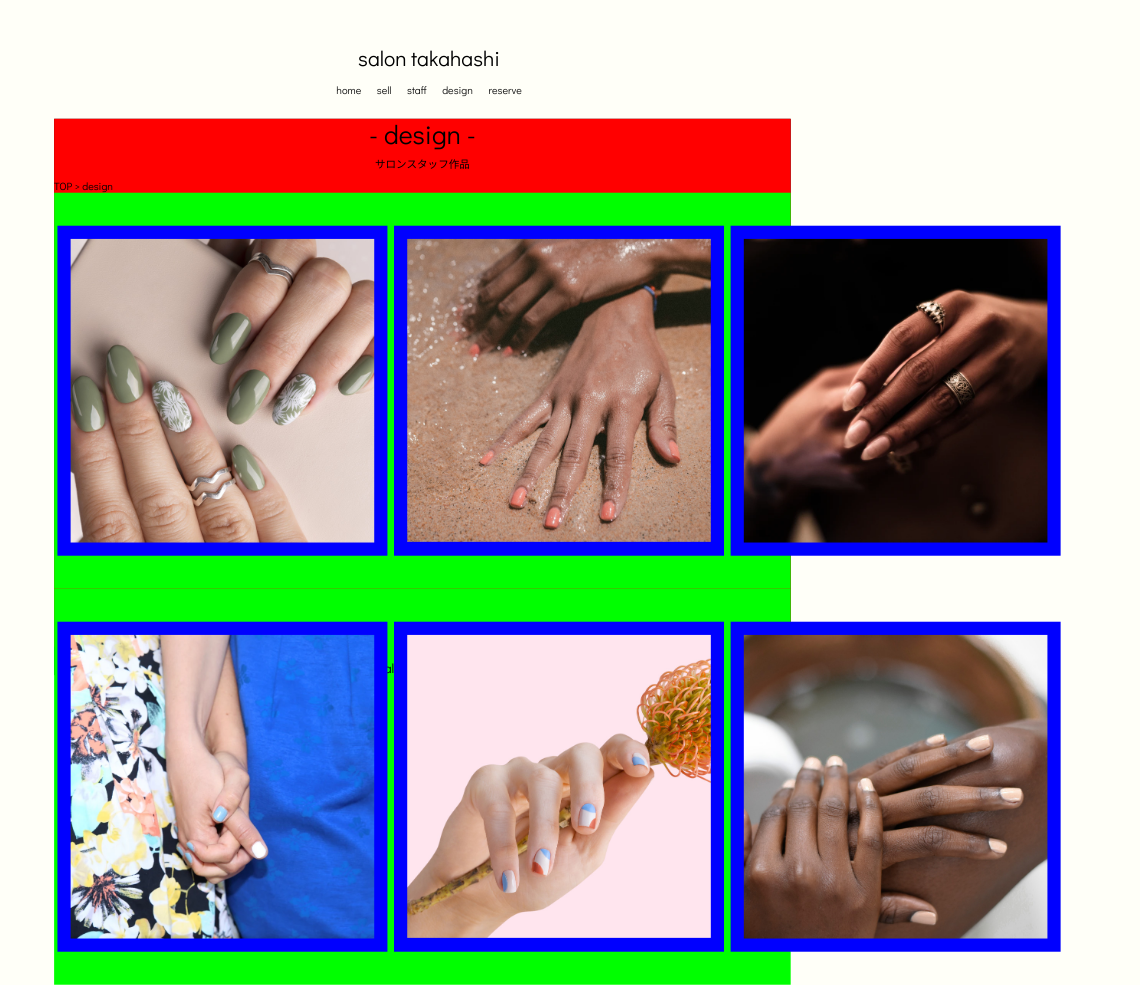
Repository: yukitakahashi1002/salontakahashi-
Page: design.html
These files come from the project's save history. The page is drawn as it stood at one moment and after the next save; the edit follows.
The browser window is 1280 px wide. The page is 1607 px wide, then 1727 px, then 1607 px, so the pictures cover 1727 px, including what lies to the right of the window. The pictures show the whole page, at 66% of full size.

Above is the page before, as saved 2023-08-12 01:58:27.

### design.html
<!DOCTYPE html>
<html>
<head>
    <title>Salon Takahashi - design サロンスタッフ作品 -</title>
    <meta charset="utf-8">
    <meta name="description" content="サロンタカハシのサロンスタッフ作品です">
    <meta name="viewport" content="width=device-width, initial-scale=1.0">
    <link rel="stylesheet" href='https://fonts.googleapis.com/css?family=Didact Gothic'>
    <link rel="stylesheet" href="css/normalize.css">
    <link rel="stylesheet" href="css/style.css">
</head>
<body>
    <!-- ヘッダー -->
    <header>
        <!-- サイトタイトル -->
        <h1>salon takahashi</h1>

        <!-- PC用ナビゲーション -->
        <nav id="nav-pc">
            <a href="/">home</a>
            <a href="sell.html">sell</a>
            <a href="staff.html">staff</a>
            <a href="design.html">design</a>
            <a href="reserve.html">reserve</a>
        </nav>
    </header>
    <main>
        <div class="container">
            <article>
                <!-- design -->
                <section id="design">
                    <div class="section-title">
                        <h2 class="index-h2">- design -</h2>
                        <p>サロンスタッフ作品</p>
                    </div>
                    <div>TOP > design</div>
                    <div id="design-flex">
                        <div class="cover-box">
                            <div class="image-box">
                                <img src="images/11062b_9df65b2e64bf4c59a4779a8c5343cb09~mv2.jpeg" alt="ナチュラルデザイン">
                            </div>
                            <div class="dark-cover">
                                <h3>ナチュラル</h3>
                            </div>
                        </div>
                        <div class="cover-box">
                            <div class="image-box">
                                <img src="images/11062b_0dade67ad0db4ad1a2b6c583999e92bd~mv2.jpg" alt="サマーネイルデザイン">
                            </div>
                            <div class="dark-cover">
                                <h3>サマーネイル</h3>
                            </div>
                        </div>
                        <div class="cover-box">
                            <div class="image-box">
                                <img src="images/11062b_5383a004ba374841aa02b84e27fb6b95~mv2.webp" alt="クラシックデザイン">
                            </div>
                            <div class="dark-cover">
                                <h3>クラシック</h3>
                            </div>
                        </div>
                    </div>
                    <div id="design-flex">
                        <div class="cover-box">
                            <div class="image-box">
                                <img src="images/2def25202e084cf0a39aa2a530291a8a.webp" alt="ポップデザイン">
                            </div>
                            <div class="dark-cover">
                                <h3>ポップ</h3>
                            </div>
                        </div>
                        <div class="cover-box">
                            <div class="image-box">
                                <img src="images/1a7f9b8037f3460ab6f1dd794ecc264a.jpg" alt="カラフルデザイン">
                            </div>
                            <div class="dark-cover">
                                <h3>カラフル</h3>
                            </div>
                        </div>
                        <div class="cover-box">
                            <div class="image-box">
                                <img src="images/11062b_bb28f763d86a4318a737d28d7846d319~mv2.jpg" alt="シンプルデザイン">
                            </div>
                            <div class="dark-cover">
                                <h3>シンプル</h3>
                            </div>
                        </div>
                    </div>
                </section>
            </article>
            <footer>
                <p>salon takahashi</p>
            </footer>
        </div>
    </main>
</body>
</html>

### css/style.css
@charset "utf-8";

/*
* *********************************
*　ページ全体に関わるのCSS設定
* *********************************
*/
html *,
::before,
::after {
    box-sizing: border-box;
}

html {
    font-size: 14px;
}
@media (min-width: 768px)  {
    html {
        font-size: 16px;
    }
}

body {
    font-family: 'Didact Gothic', sans-serif;
    background-color: #FFFFF8;
    height: 100vh;
    box-sizing: border-box;
    padding: 20px;
}

/* 標準的なリンクのテキストの色 */
a {
    color: #f30;
}



/*=============
PC用のスタイル
==============*/
/* 横幅設定 */
body {
    max-width: 1800px;
    min-width: 960px;
    margin: 0 auto 0 auto;
}

/* ヘッダー */
header {
    text-align: center;
    margin-top: 50px;
}
header > h1 {
    margin-left: 20px;
    font-weight: normal;
}

/* ナビゲーションのレイアウト */
#nav-pc > a:link {
    text-decoration: none;
    margin-left: 20px;
    color: #0d0d0d;
}

#nav-pc > a:visited {
    color: #0d0d0d;
}

#nav-pc > a:hover {
    color: #0d0d0d;
    text-decoration: underline;
}

#nav-pc > a:active {
    color: #0d0d0d;
}

/* メインビジュアル */
.container {
    margin: 0 auto;
    width: 90%;
    background-color: black;

}

#main-visual {
    text-align: center;
}

#main-message > h1 {
    font-size: 60px;
    margin: 100px auto 0 auto;
    font-weight: normal;
}
#main-message > p {
    font-size: 20px;
}

#main-visual > img {
    margin: 80px auto 0 auto;
}

/* 見出し */
.section-title {
    text-align: center;
}
.section-title > P {
    margin-top: -20px;
}


h2 {
    font-weight: normal;
    font-size: 40px;
}

h3 {
    font-size: 20px;
    line-height: 40px;
}

/* メニュー */
#menu {
    margin: 100px auto 80px auto;
    width: 100%;
}

/* メニューセクションのフレックス部分 */
#menu-flex {
    width: 100%;
    display: flex;
    justify-content: space-between;
}

#menu-flex > div {
    width: 50%;
    height: 600px;
    margin-top: 50px;
}

.menu-flex-left {
    display: flex;
    align-items: flex-start;
    position: relative;
    margin-right: 20px;
    margin-left: 20px;
}

.menu-flex-left > img {
    width: 100%;
}

.placebox-left {
    width: 30%;
    position: absolute;
    top: 25%;
    left: 50%;
    -ms-transform: translate(-50%, -50%);
    -webkit-transform: translate(-50%, -50%);
    transform: translate(-50%, -50%);
    margin: 0;
    padding: 0;
    background-color: #666666;
    opacity: 0.5;
    color: #FFFFFF;
    text-align: center;
    font-weight: bold;
}

/* 商品ページの商品コメント */
.sell-description-left {
    width: 80%;
    position: absolute;
    bottom: 0;
    left: 55%;
    -ms-transform: translate(-50%, -50%);
    -webkit-transform: translate(-50%, -50%);
    transform: translate(-50%, -50%);
    margin: 0;
    padding: 0;
    text-align: left;
}

/* スタッフセクションのフレックス部分 */
.staff-flex {
    text-align: center;
    margin: 3rem 0 0 0;
}

.menu-flex-right {
    display: flex;
    align-items: flex-end;
    position: relative;
    margin-right: 20px;
    margin-left: 20px;
}


.menu-flex-right > img {
    width: 100%;
}

.placebox-right {
    width: 30%;
    position: absolute;
    bottom: 10%;
    right: 20%;
    -ms-transform: translate(-50%, -50%);
    -webkit-transform: translate(-50%, -50%);
    transform: translate(-50%, -50%);
    margin: 0;
    padding: 0;
    background-color: #666666;
    opacity: 0.5;
    color: #FFFFFF;
    text-align: center;
    font-weight: bold;
}

/* 商品ページの商品コメント */
.sell-description-right {
    width: 80%;
    position: absolute;
    top: 5%;
    right: 23%;
    -ms-transform: translate(0, -50%);
    -webkit-transform: translate(0, -50%);
    transform: translate(0, -50%);
    margin: 0;
    padding: 0;
    text-align: left;
}

/* デザインセクションのフレックス部分 */
#design-flex {
    display: flex;
    justify-content: space-between;
    background-color: lime;
}

/* デザイン画像 */
.cover-box {
    position: relative;
    margin: 50px 5px;
    transition: transform 0.3s ease;
    background-color: blue;
}

.image-box > img {
    width: 500px;
    height: auto;
    padding: 20px;
    vertical-align: bottom;
}

.dark-cover > h3 {
    opacity: 0;
    position: absolute;
    top: 10px;
    left: 30px;
}

.dark-cover:hover > h3 {
    color: #FFFFFF;
    opacity: 1;
}

/* デザイン画像のホバー時 */
.dark-cover {
    position: absolute;
    top: 0;
    left: 0;
    right: 0;
    bottom: 0;
    z-index: 1;
    opacity: .3;
    transition:  background-color 0.3s ease;
    margin: 20px;
}
.dark-cover:hover {
    background-color: black;
}

.menu-foot {
    text-align: left;
    width: 60%;
    margin: 0 0 0 30%;
}

.menu-foot p {
    margin: 5px 0 5px 0;
    font-size: 16px;
}

#reserve, #design {
    height:800px;
    background-color: red;
}


/* reserveセクションのフレックス部分 */
#reserve-flex {
    display: flex;
    justify-content: center;
    padding: 10px;
    margin: 0 0 100px 0;
}

#reserve-flex > div > img {
    width: 100%;
}

.reserve-item {
    margin: 0 0 0 20px;
}

.reserve-item > p {
    line-height: 30px;
    margin: 30px 0 30px 0;
}

#reserve-flex > div {
    border: 1px solid #E9E9E0;
    margin: 15px;
    padding: 0 0 15px 0;
}

hr {
    border-top: 1px solid #E9E9E0;
    width: 90%;
    margin: 0 0 -15px 0;
}

button {
    background: #816E7C;
    border-radius: 0;
    border: none;
    padding: 10px 20px;
    text-align: center;
    color: #FFF;
}
button:hover {
    background: #A799A0;
}

/* インフォメーション */
#information {
    margin: 100px auto 80px auto;
    width: 100%;
}

/* 表部分 */
/* height: 330px;効かない */
table {
    border-collapse:collapse;
    border-spacing: 0;
    height: 330px;
}

/* .information-table > td だと効かない */
.infomertion-left {
    width: 50%;
    height: 200px;
    background-color: #F2F2F2;
    text-align: center;
    vertical-align: center;
    line-height: 40px;
}

.infomertion-right {
    width: 50%;
    /* height: 200px; */
}

strong {
    font-size: 30px;
}

footer {
    width: 100%;
    margin: 0 auto;
    text-align: center;
}

footer p {
    font-size: 20px;
}

/* 予約フォーム */
#reserve-form {
    margin: 80px auto 80px auto;
}

/* 外枠 */
#reserve-form > form > div {
    display: flex;
    flex-direction: row;
    flex-wrap: wrap;
    padding-bottom: 30px;
}

/* 左列の見出し */
.form-heading {
    width: 240px;
    align-self: center;
}

/* 見出しのラベル */
.form-label {
    font-weight: bold;
}

/* 必須 */
.form-span {
    color: #ce2222;
    margin: 0 0 0 20px;
    font-weight: bold;
}

Loaded but not shown: css/normalize.css (library)

After the next save:
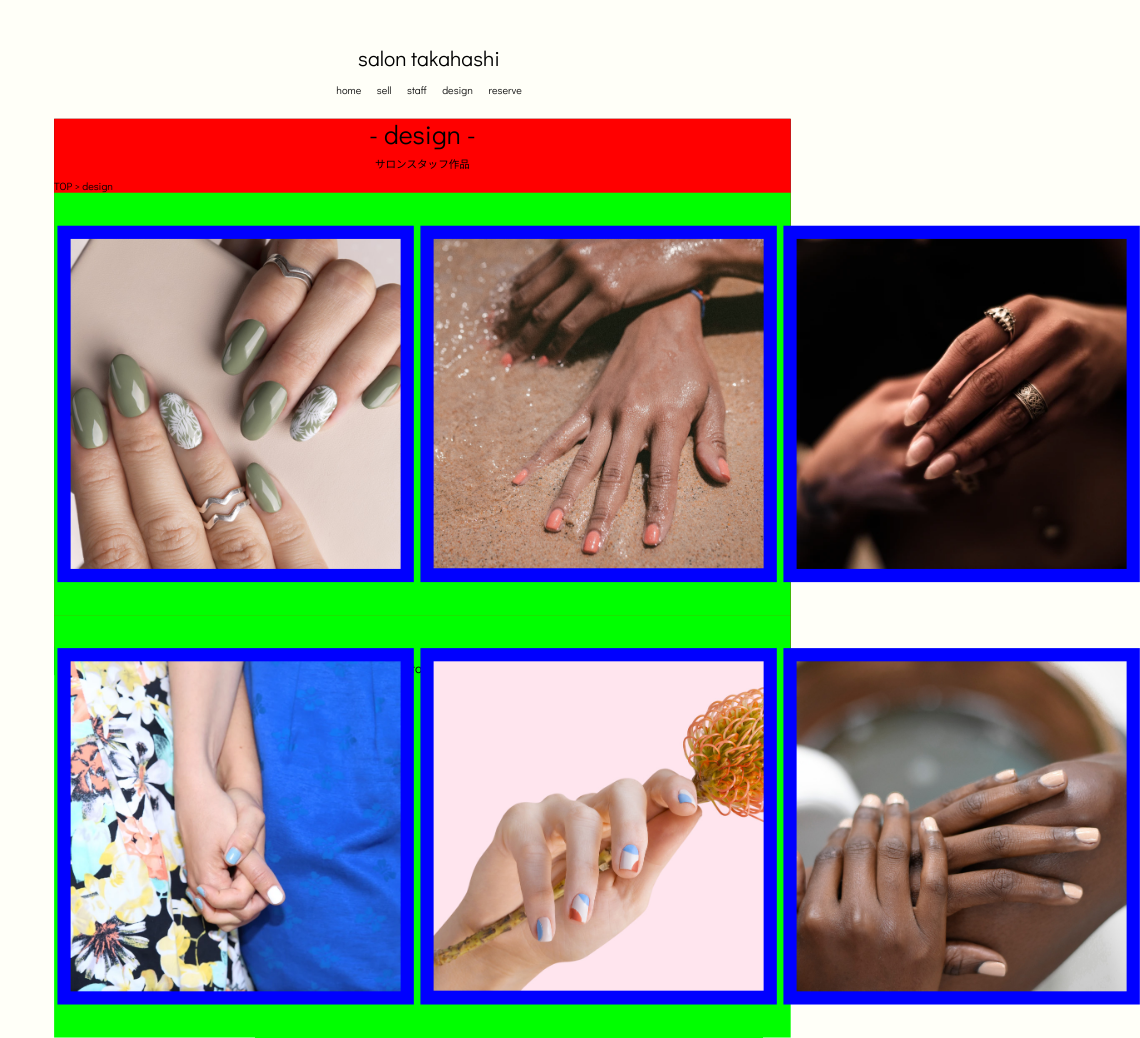
Saved 67 s later.
--- a/css/style.css
+++ b/css/style.css
@@ -249,7 +249,7 @@
 .image-box > img {
     width: 500px;
     height: auto;
-    padding: 20px;
+    margin: 20px;
     vertical-align: bottom;
 }
 

After the save that followed:
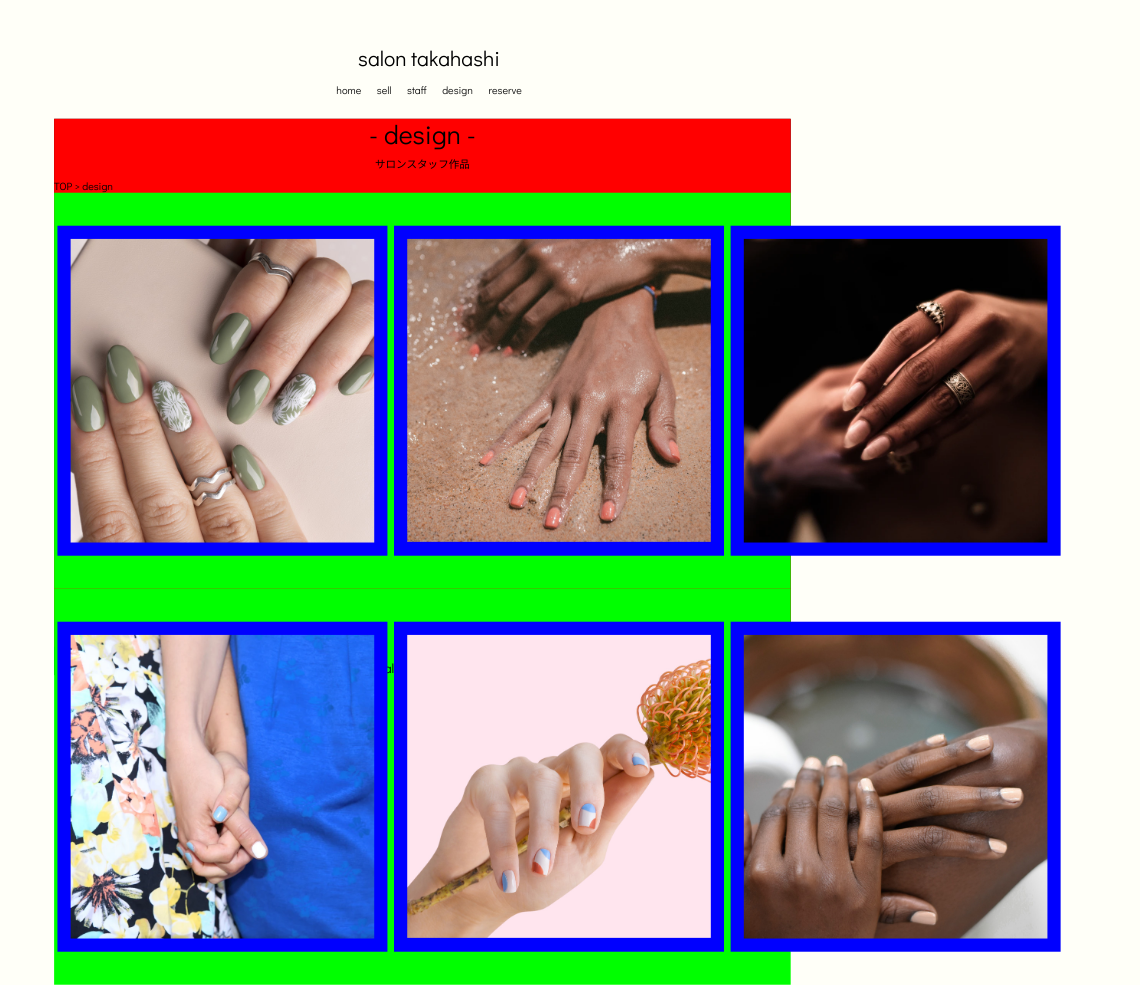
Saved 13 s later.
--- a/css/style.css
+++ b/css/style.css
@@ -249,7 +249,7 @@
 .image-box > img {
     width: 500px;
     height: auto;
-    margin: 20px;
+    padding: 20px;
     vertical-align: bottom;
 }
 
